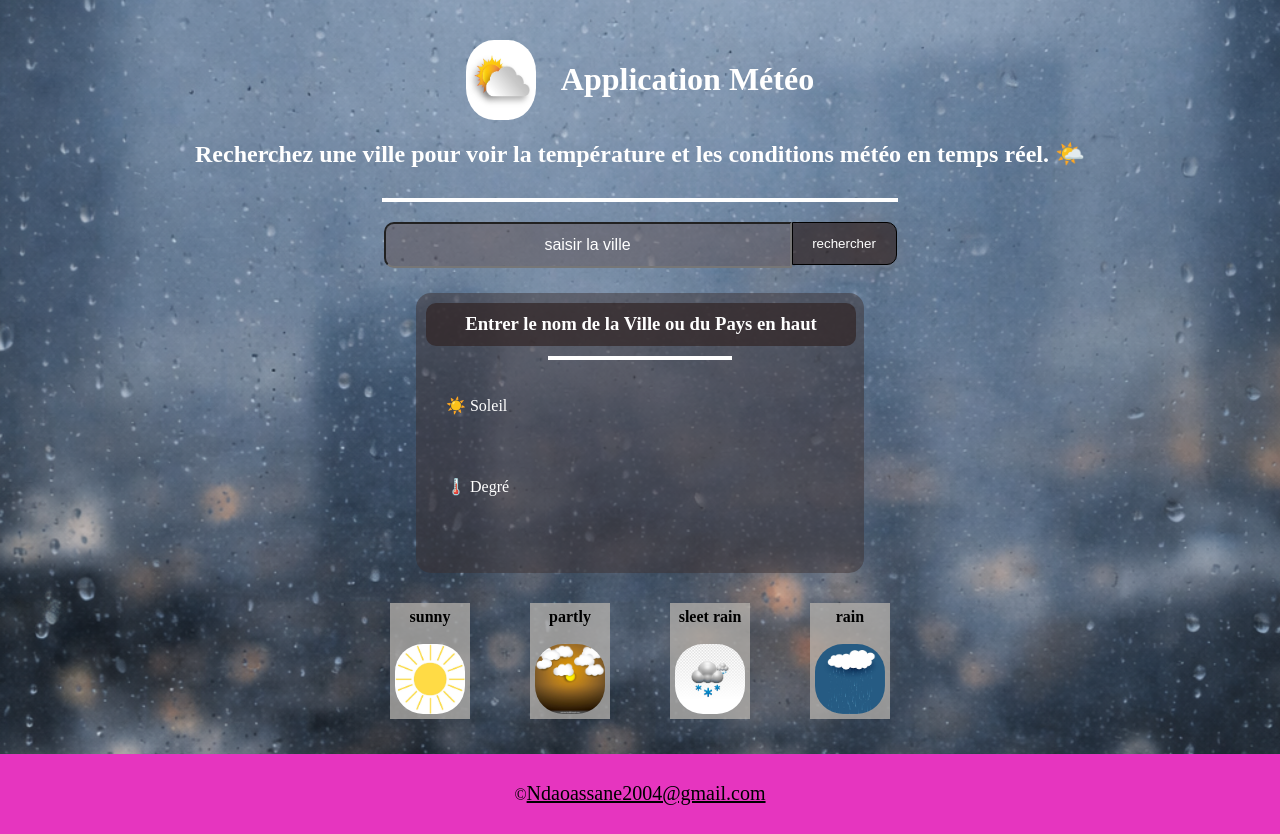
Repository: assanendao171/meteo
Page: index.html
An editor plug-in stored every save of this project. The page is shown before and after the next save, followed by the edit.
The browser window is 1280 px wide. The pictures show the whole page.

Above is the page before, as saved 2026-03-16 13:25:15.

After the next save:
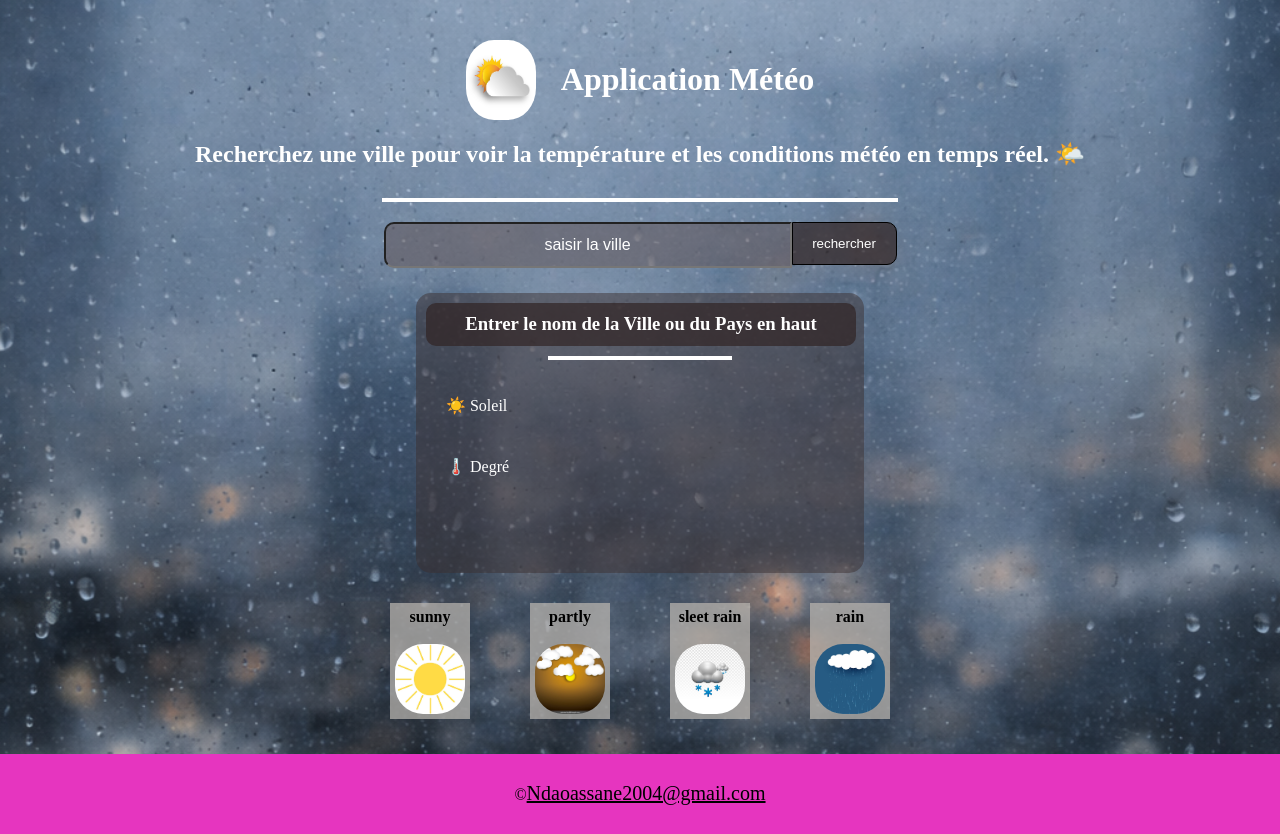
Saved 7 s later.
--- a/meteo2.css
+++ b/meteo2.css
@@ -98,7 +98,7 @@ color: white;
   flex-direction: column;
   justify-content: flex-start;
   align-items: flex-start;
-  gap: 30px;
+  gap: 10px;
 }
 #emoji{
   font-size: 1rem;
